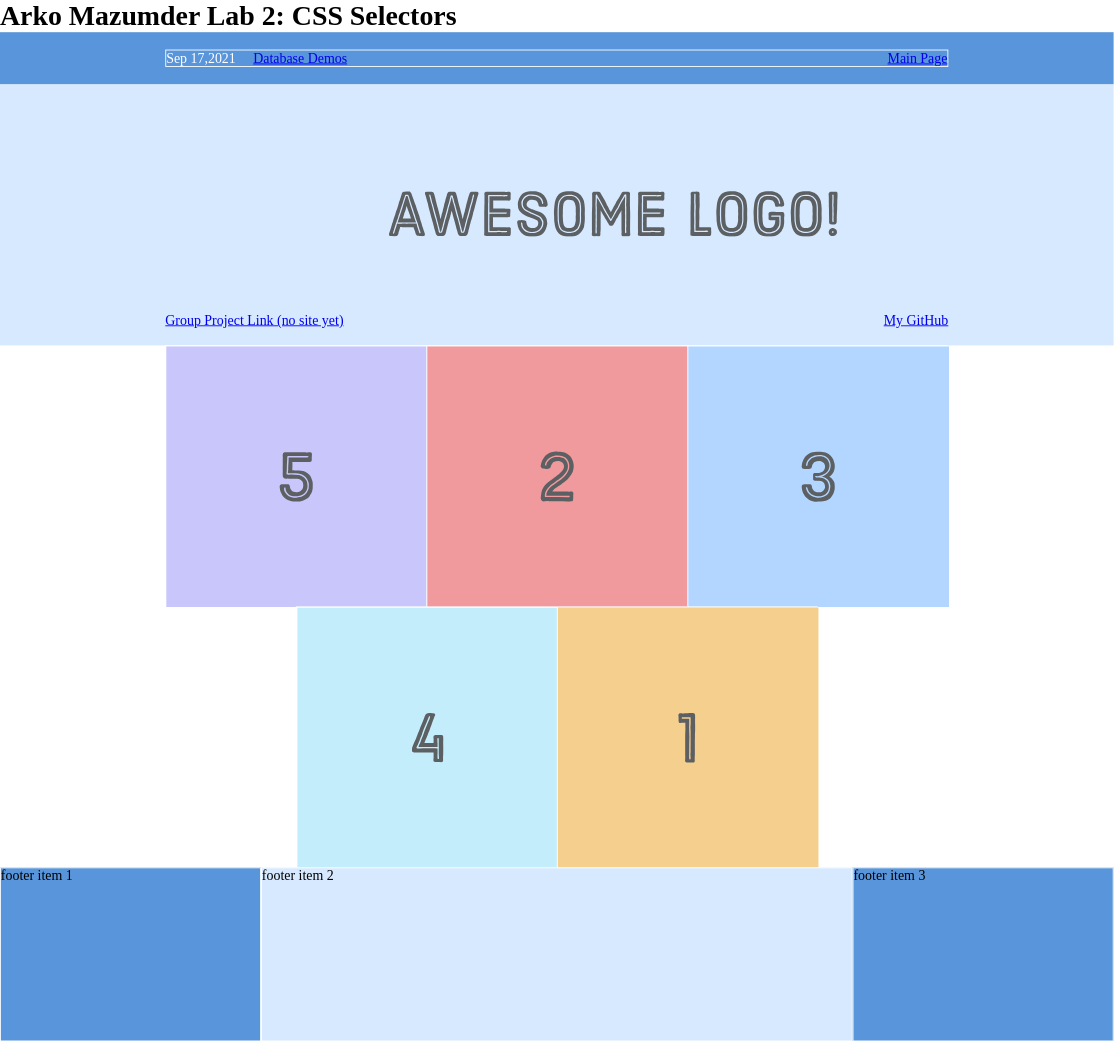
Repository: arkomz/INST377-Lab-Work
Page: client/lab_3/index.html
The author's editor kept a copy of each file at every save. The page is drawn from the files as they stood at one save, then again after the next save.
The browser window is 1280 px wide. The pictures show the whole page, at 87% of full size.

Above is the page before, as saved 2021-09-17 14:24:44.

After the next save:
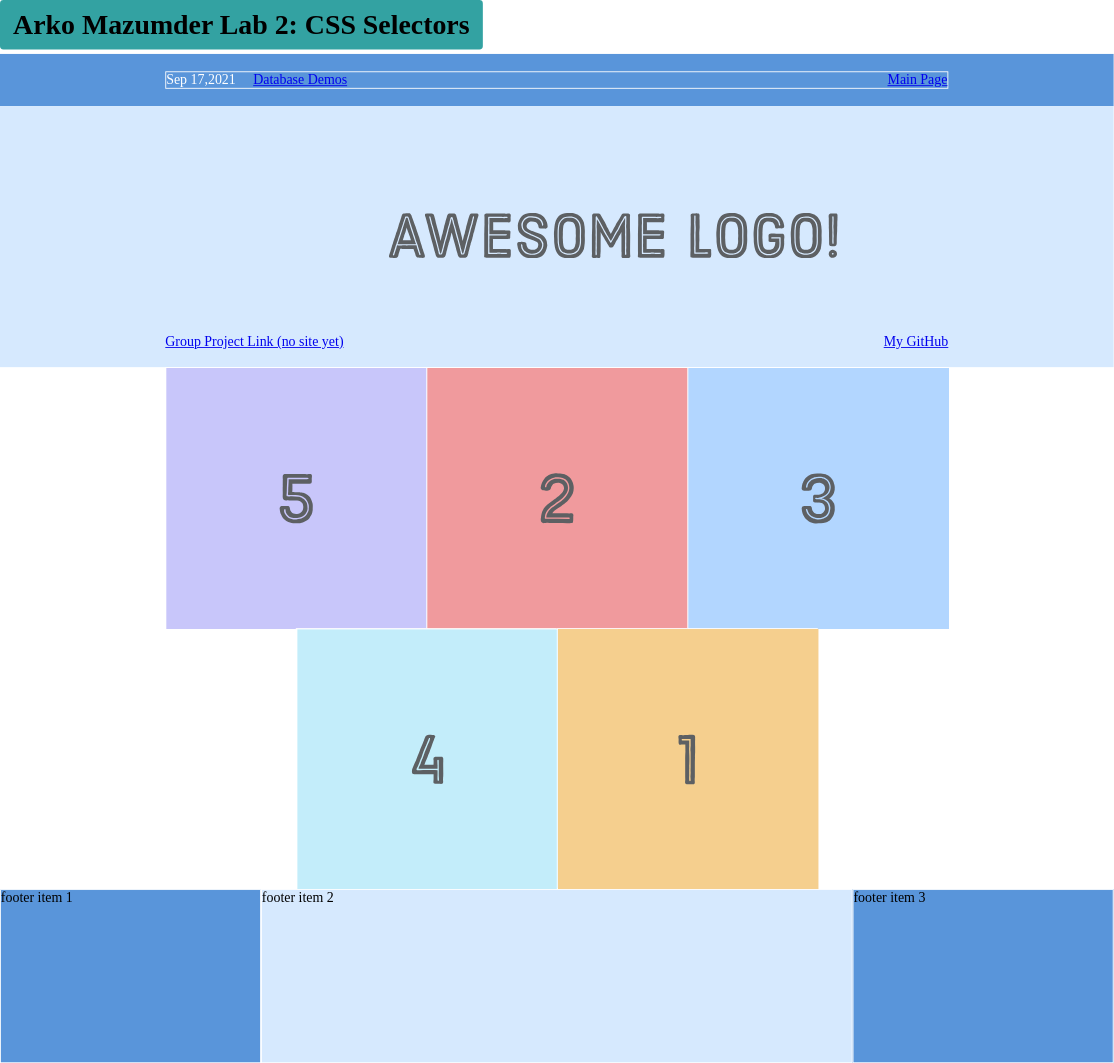
Saved 74 s later.
--- a/client/lab_3/styles.css
+++ b/client/lab_3/styles.css
@@ -2,6 +2,15 @@
     margin: 0;
     padding: 0;
     box-sizing: border-box;
+  }
+
+  .title{
+    display: inline-block;
+    background-color: rgba(0,139, 139,0.8);
+    border-radius: 4px;
+    padding: 10px 15px;
+    margin: 0;
+    margin-bottom: 5px;
   }
 
   .menu-container {
